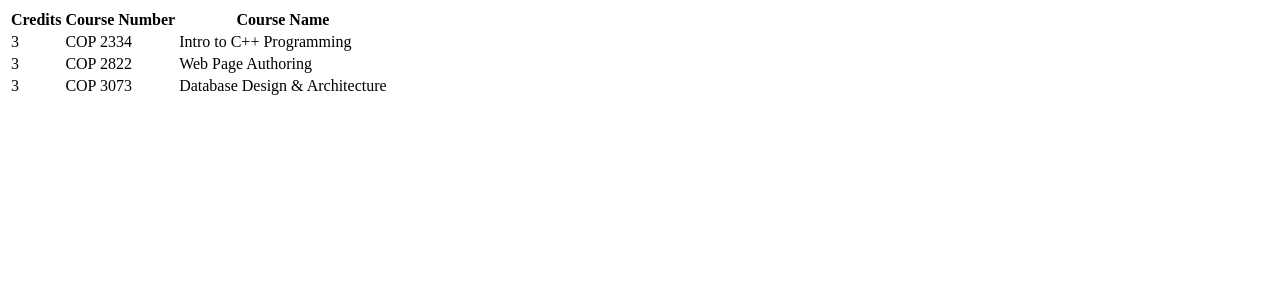
Repository: mlmEFSC21/P3-DegreeSpecializationTable
Page: index.html
The author's editor kept a copy of each file at every save. The page is drawn from the files as they stood at one save, then again after the next save.
The browser window is 1280 px wide. The pictures show the whole page.

Above is the page before, as saved 2022-01-30 20:25:32.

After the next save:
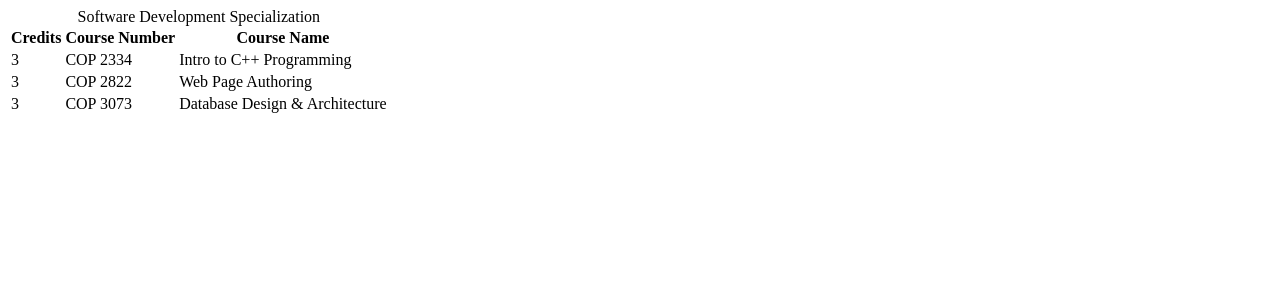
Saved 4 min 24 s later.
--- a/index.html
+++ b/index.html
@@ -8,6 +8,9 @@
     </head>
     <body>
         <table>
+            <caption>
+                Software Development Specialization
+            </caption>
             <tr>
                 <th>Credits</th>
                 <th>Course Number</th>
